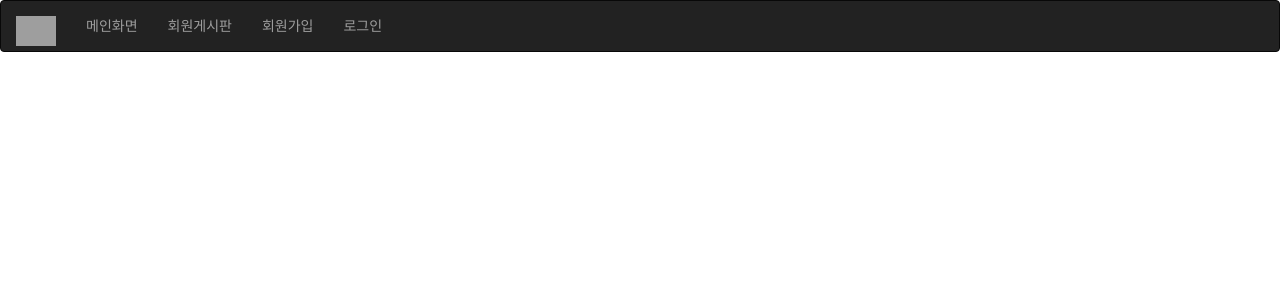
Repository: seonminpark100/CodeCampus
Page: http://localhost/BulletinBoard/Common/Link.jsp
The author's editor kept a copy of each file at every save. The page is drawn from the files as they stood at one save, then again after the next save.
The browser window is 1280 px wide. The pictures show the whole page.
Pictures or frames that could not be fetched are drawn as grey boxes. The page is served by Tomcat 10. Other server files are loaded and not shown.

Above is the page before, as saved 2025-05-25 12:02:48.

### BulletinBoard/src/main/webapp/Common/Link.jsp
<%@ page language="java" contentType="text/html; charset=UTF-8"
    pageEncoding="UTF-8"%>
<%@ taglib prefix="c" uri="jakarta.tags.core" %>

<!DOCTYPE html>
<html>
	<head>
		<meta charset="UTF-8">
		<title>메인페이지</title>
		<!-- bootstrap  -->
		<!-- bootstrap CSS만 유지 -->
		<link rel="stylesheet" href="https://maxcdn.bootstrapcdn.com/bootstrap/3.4.1/css/bootstrap.min.css">

	    <style type="text/css">
	    	th{text-align: center;}
	    </style>
	</head>
	<body>
		<nav class="navbar navbar-inverse">
            <div class="navbar-header">
                <a class="navbar-brand" href="#">
                  <img src="../images/logo.png" alt="" style="height: 30px;">
                </a>
            </div>
            <div class="container">
                <div class="btn-group">
                    <ul class="nav navbar-nav">
                        <li><a href="../mvcboard/default.do">메인화면</a></li>
                        <li><a href="../mvcboard/list.do">회원게시판</a></li>
                        <c:if test="${empty sessionScope.id}">
						    <li><a href="../mvcboard/signup.do">회원가입</a></li>
						</c:if>
						<c:choose>
						    <c:when test="${empty sessionScope.id}">
						        <li><a href="../mvcboard/login.do">로그인</a></li>
						    </c:when>
						    <c:otherwise>
						        <form action="../mvcboard/logout.do" method="post" style="display:inline;">
						            <button type="submit" class="btn btn-link navbar-btn">로그아웃</button>
						        </form>
						    </c:otherwise>
						</c:choose>
                        <!-- <li><a href="../mvcboard/login.do">로그인</a></li> -->
                    </ul>
                </div>
            </div>
        </nav>
	</body>
</html>

After the next save:
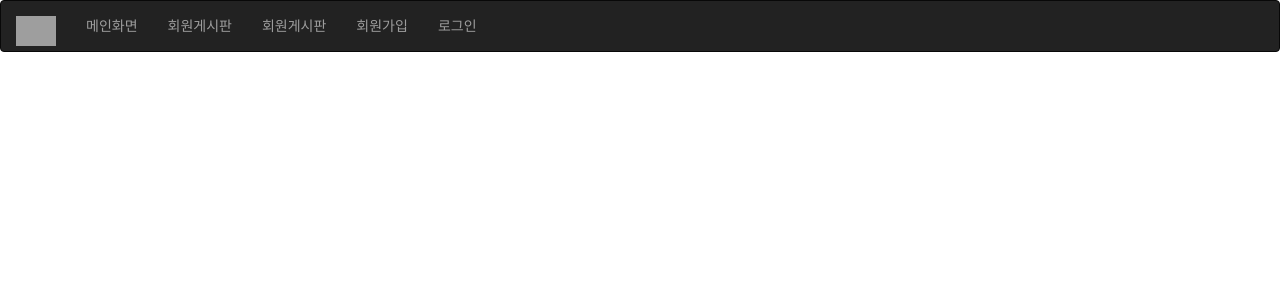
Saved 22 h 42 min later.
--- a/BulletinBoard/src/main/webapp/Common/Link.jsp
+++ b/BulletinBoard/src/main/webapp/Common/Link.jsp
@@ -27,6 +27,7 @@
                     <ul class="nav navbar-nav">
                         <li><a href="../mvcboard/default.do">메인화면</a></li>
                         <li><a href="../mvcboard/list.do">회원게시판</a></li>
+                        <li><a href="../mvcboard/list_video.do">회원게시판</a></li>
                         <c:if test="${empty sessionScope.id}">
 						    <li><a href="../mvcboard/signup.do">회원가입</a></li>
 						</c:if>
